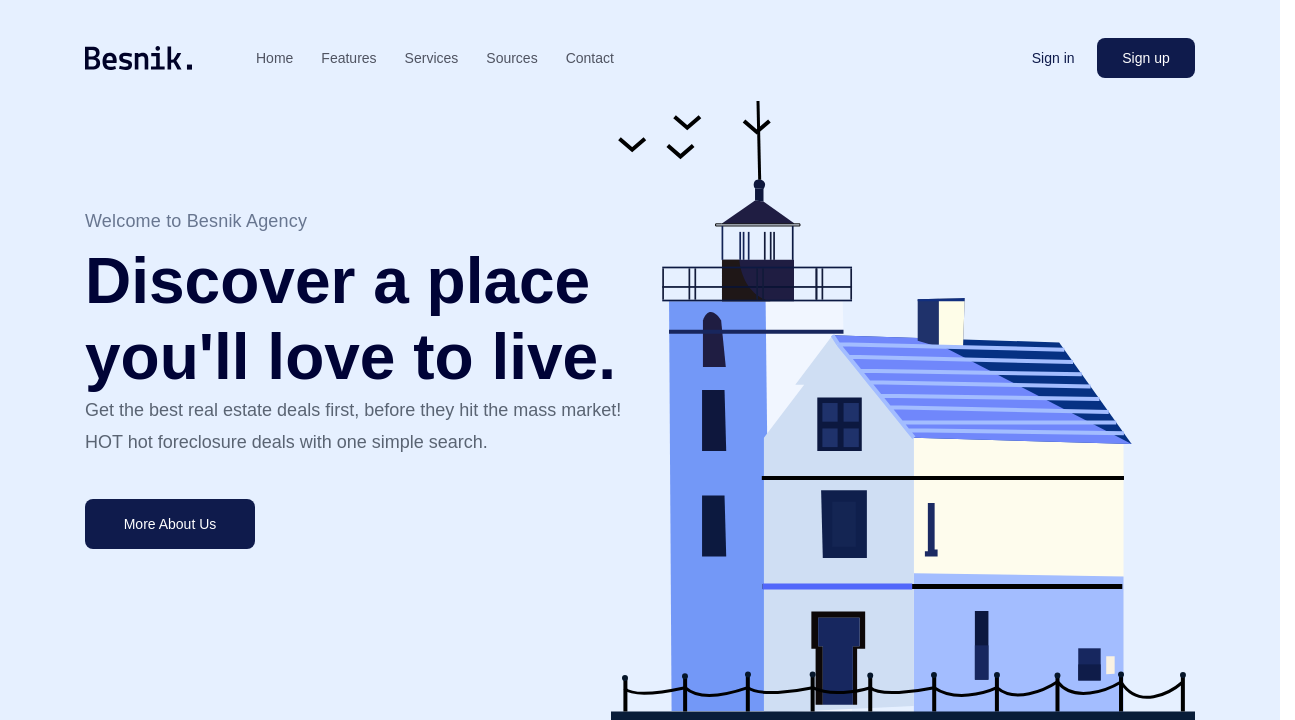
Repository: Daidoichihuy/project-01
Page: index.html
The author's editor kept a copy of each file at every save. The page is drawn from the files as they stood at one save, then again after the next save.
The browser window is 1280 px wide. The page is 1280 px wide, then 1295 px, so the pictures cover 1295 px, including what lies to the right of the window. The pictures show the whole page.

Above is the page before, as saved 2024-04-28 12:17:36.

### index.html
<!DOCTYPE html>
<html lang="en">
  <head>
    <meta charset="UTF-8" />
    <meta name="viewport" content="width=device-width, initial-scale=1.0" />
    <title>Project_01</title>
    <link rel="stylesheet" href="./assets/css/reset.css" />
    <link rel="stylesheet" href="./assets/fonts/stylefont.css" />
    <link rel="stylesheet" href="./assets/css/style.css" />
  </head>
  <body>
    <main>
      <header class="header">
        <div class="content">
          <nav class="navbar">
            <!-- LOGO -->
            <img src="./assets/imgs/Logo.svg" alt="Besnik." />
            <!-- NAVIGATION -->
            <ul>
              <li><a href="#!">Home</a></li>
              <li><a href="#!">Features</a></li>
              <li><a href="#!">Services</a></li>
              <li><a href="#!">Sources</a></li>
              <li><a href="#!">Contact</a></li>
            </ul>
            <!-- ACTIVE -->
            <div class="action">
              <a href="#!" class="action-link">Sign in</a>
              <a href="#!" class="btn action-btn">Sign up</a>
            </div>
          </nav>
          <div class="hero">
            <div class="info">
              <p class="sub-title">Welcome to Besnik Agency</p>
              <h1 class="title">Discover a place you'll love to live.</h1>
              <p class="des">
                Get the best real estate deals first, before they hit the mass
                market! HOT hot foreclosure deals with one simple search.
              </p>
              <a href="#!" class="btn hero-cta">More About Us</a>
            </div>
            <img
              src="./assets/imgs/Group 439.svg"
              alt="Discover a place you'll love to live"
              class="hero-img"
            />
          </div>
        </div>
      </header>
    </main>
  </body>
</html>

### assets/fonts/stylefont.css
@font-face {
  font-family: "DVN-Poppins";
  src: url("poppins/DVNPoppins-Regular.woff2") format("woff2"),
    url("poppins/DVNPoppins-Regular.woff") format("woff");
  font-weight: normal;
  font-style: normal;
  font-display: swap;
}

@font-face {
  font-family: "DVN-Poppins ExtBd";
  src: url("poppins/DVNPoppins-ExtraBold.woff2") format("woff2"),
    url("poppins/DVNPoppins-ExtraBold.woff") format("woff");
  font-weight: bold;
  font-style: normal;
  font-display: swap;
}

### assets/css/style.css
* {
  box-sizing: border-box;
}

:root {
  --primary-color: #0f1b4c;
}

html {
  font-size: 62.5%;
}

body {
  font-size: 1.6rem;
  font-family: "poppins", sans-serif;
}

/* COMMON */
.content {
  width: 1110px;
  max-width: calc(100% - 48px);
  margin-left: auto;
  margin-right: auto;
}

a {
  text-decoration: none;
}

.btn {
  display: inline-block;
  min-width: 98px;
  padding: 18px 16px;
  border-radius: 8px;
  background: var(--primary-color);
  color: #fff;
  text-align: center;
  font-size: 1.4rem;
  font-weight: 500;
}

/* HEADER*/
.header {
  position: relative;
  background: #e6f0ff;
  height: 100vh;
}

.navbar {
  display: flex;
  align-items: center;
  padding-top: 38px;
}

.navbar ul {
  display: flex;
  margin-left: 50px;
}

.navbar ul li a {
  font-weight: 500;
  font-size: 1.4rem;
  color: #4f5361;
  padding: 8px 14px;
}
.navbar .action {
  margin-left: auto;
}

.navbar .action-link {
  font-size: 1.4rem;
  font-weight: 500;
  color: var(--primary-color);
}

.navbar .action-btn {
  padding: 13px 16px;
  margin-left: 18px;
}

/* HERO */
.hero {
  margin-top: 130px;
}

.hero .info {
  width: 51%;
}
.hero .sub-title {
  color: #687690;
  font-size: 1.8rem;
  line-height: 1.5;
  font-weight: 500;
  letter-spacing: 0.18px;
}

.hero .title {
  color: #000336;
  font-size: 6.4rem;
  font-weight: 700;
  line-height: 1.19;
  margin-top: 8px;
}

.hero .des {
  color: #5a6473;
  font-size: 1.8rem;
  font-weight: 400;
  line-height: 177.778%;
}
.hero-cta {
  min-width: 170px;
  margin-top: 40px;
}

.hero-img {
  position: absolute;
  right: calc((100vw - 1110px) / 2);
  bottom: 0;
}

Loaded but not shown: assets/css/reset.css (common file)

After the next save:
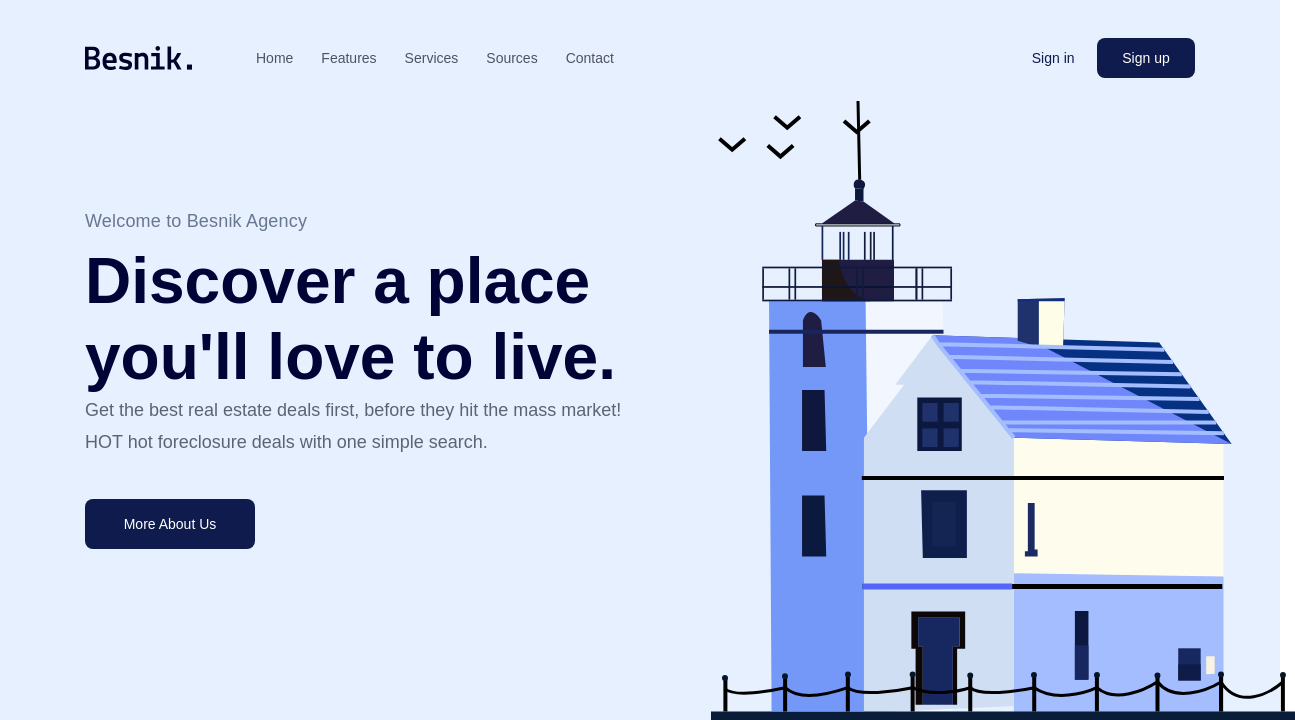
Saved 85 s later.
--- a/assets/css/style.css
+++ b/assets/css/style.css
@@ -115,6 +115,6 @@
 
 .hero-img {
   position: absolute;
-  right: calc((100vw - 1110px) / 2);
+  right: calc((100vw - 1110px) / 2 - 100px);
   bottom: 0;
 }
